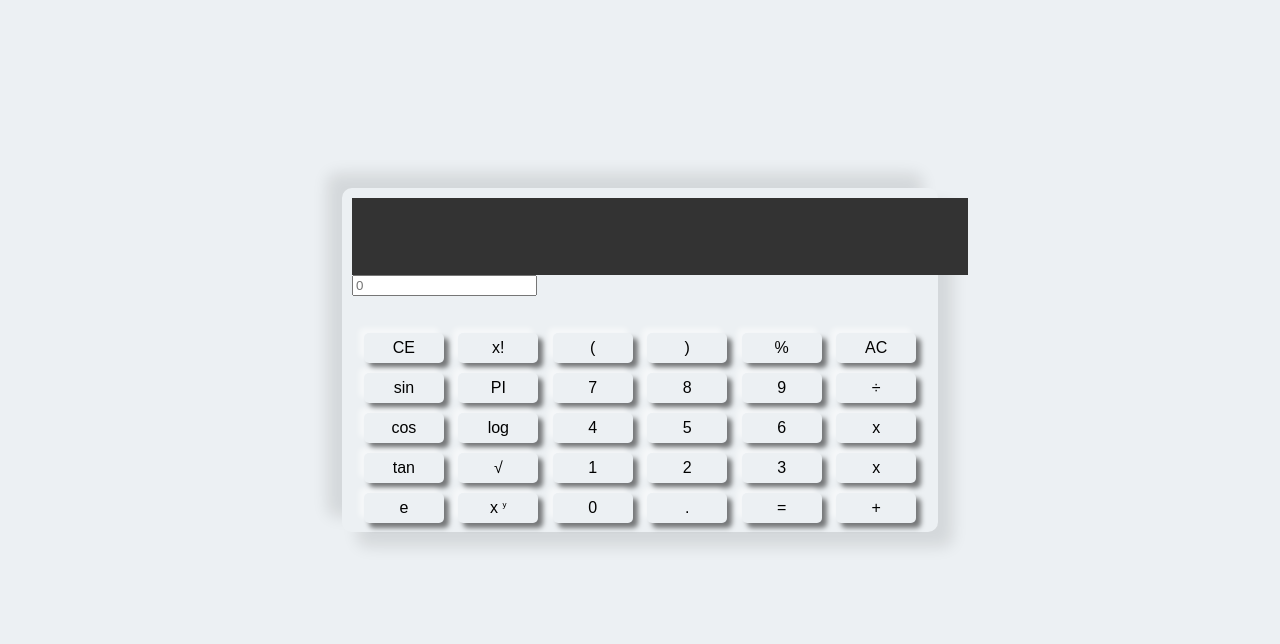
Repository: Haakim19/Scientific-Calculator
Page: intex.html
These files come from the project's save history. The page is drawn as it stood at one moment and after the next save; the edit follows.
The browser window is 1280 px wide. The pictures show the whole page.

Above is the page before, as saved 2024-10-27 12:35:55.

After the next save:
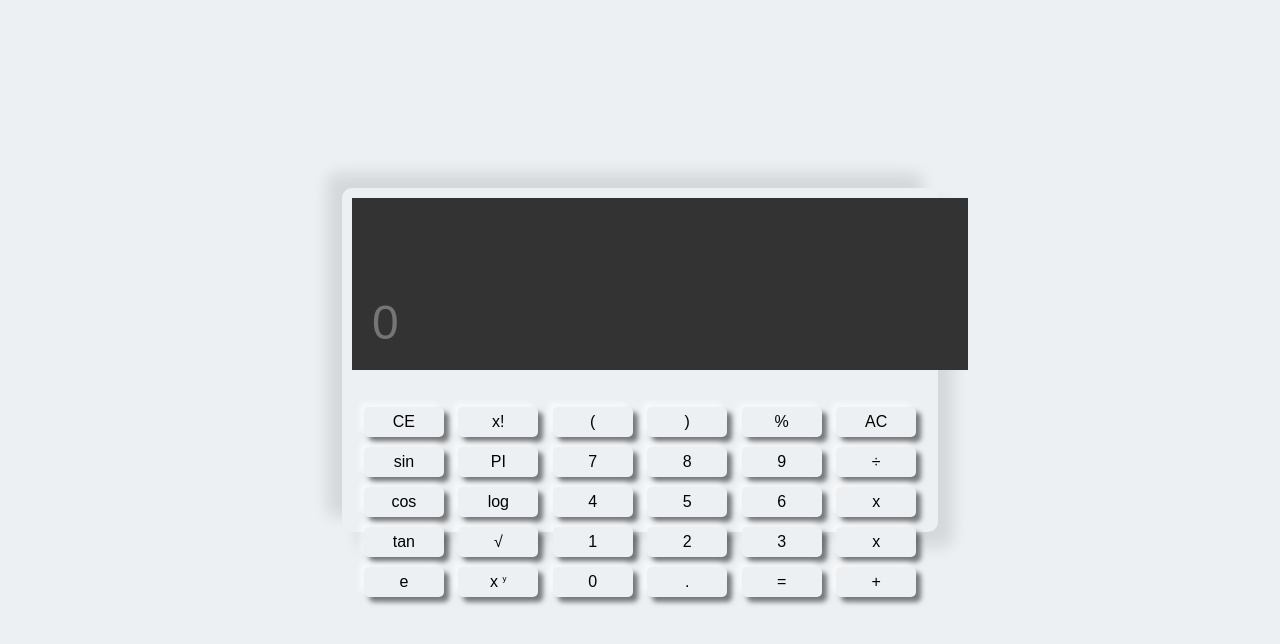
Saved 17 s later.
--- a/Style.css
+++ b/Style.css
@@ -71,7 +71,7 @@ body{
     background-color: hsl(0, 0%, 20%);
 
 }
-#display2{
+#screen2{
     width: 100%;
     padding: 20px;
     font-size: 3rem;
